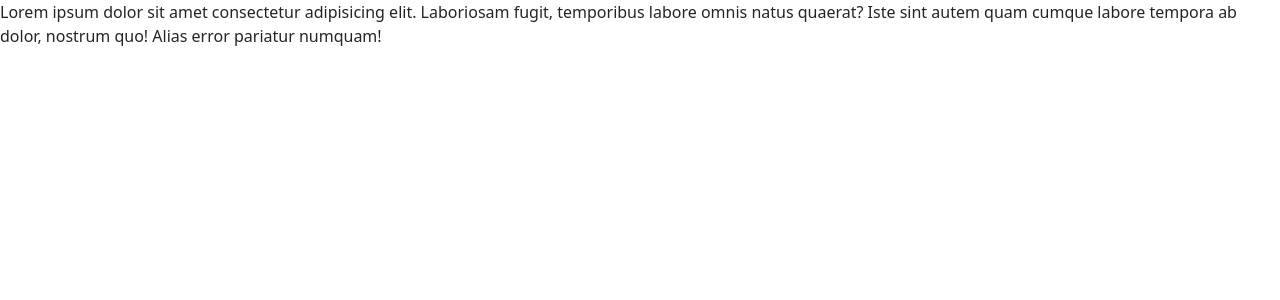
Repository: khaledradwan96/Kerri
Page: index.html
The author's editor kept a copy of each file at every save. The page is drawn from the files as they stood at one save, then again after a run of saves.
The browser window is 1280 px wide. The pictures show the whole page.

Above is the page before, as saved 2024-05-06 19:42:33.

After the next 2 saves:
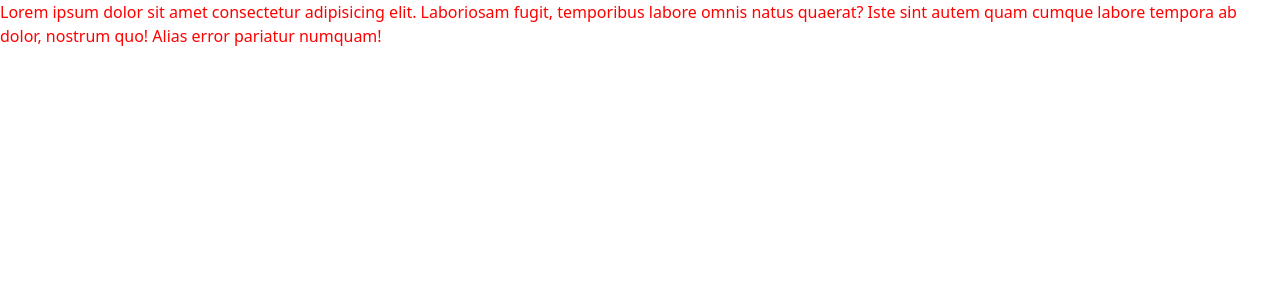
The 2 saves are shown as one change because they came seconds apart.
The last was saved 11 s later.
--- a/css/style.css
+++ b/css/style.css
@@ -3,3 +3,7 @@ header {
   background-position: center;
   background-size: cover;
 }
+
+p {
+  color: red;
+}

After the save that followed:
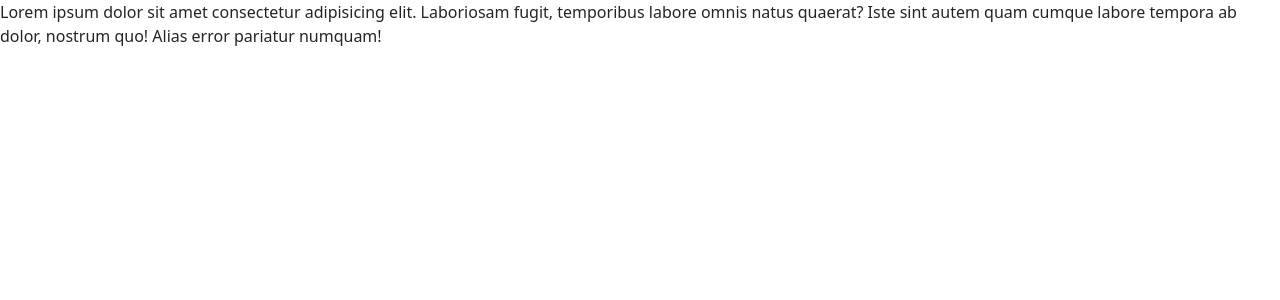
Saved 6 s later.
--- a/css/style.css
+++ b/css/style.css
@@ -3,7 +3,3 @@ header {
   background-position: center;
   background-size: cover;
 }
-
-p {
-  color: red;
-}
